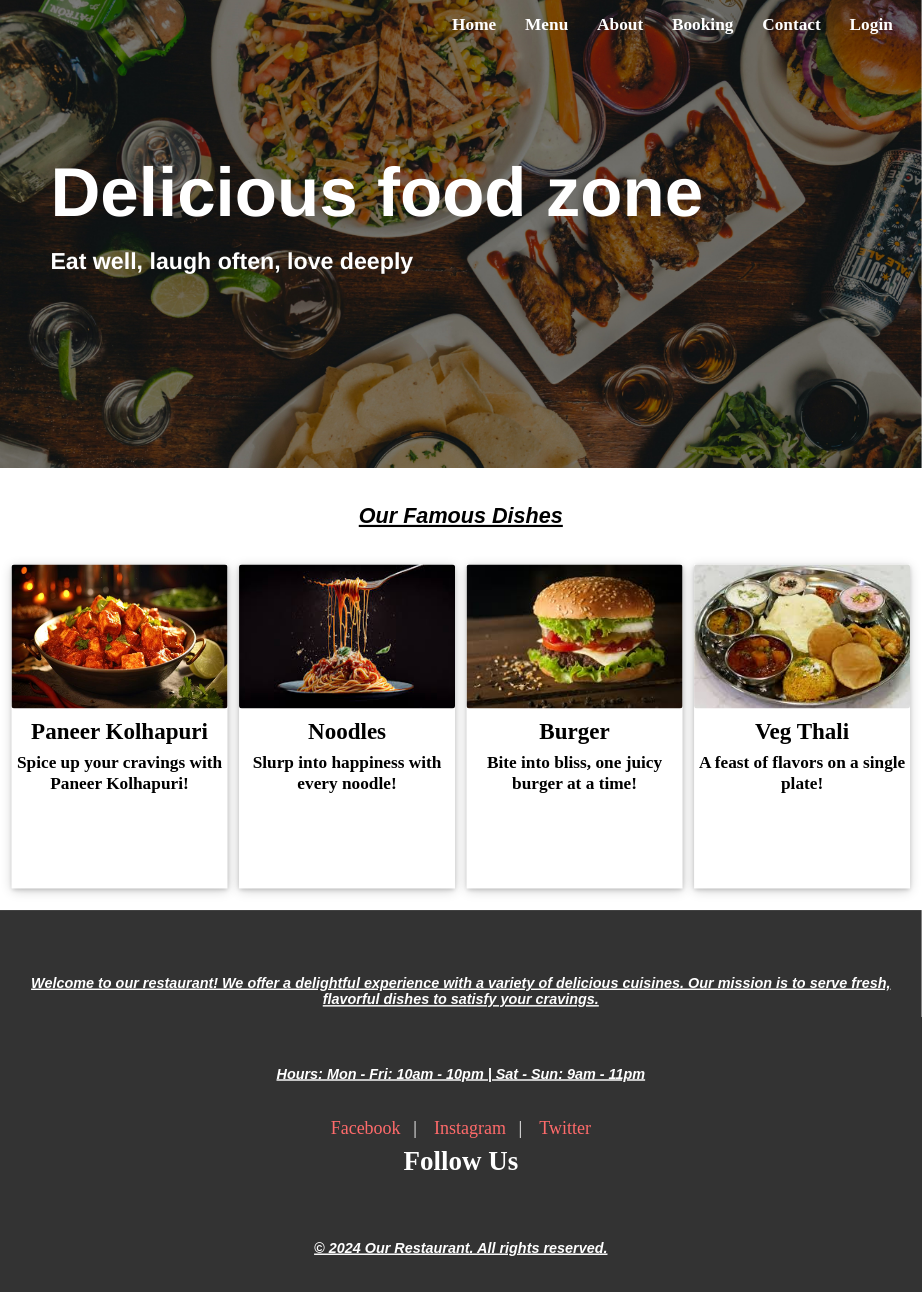
Repository: Shreya-Bonde/Restaurant-management-system
Page: index.html
The author's editor kept a copy of each file at every save. The page is drawn from the files as they stood at one save, then again after a run of saves.
The browser window is 1280 px wide. The pictures show the whole page, at 72% of full size.

Above is the page before, as saved 2024-10-10 14:55:31.

After the next 2 saves:
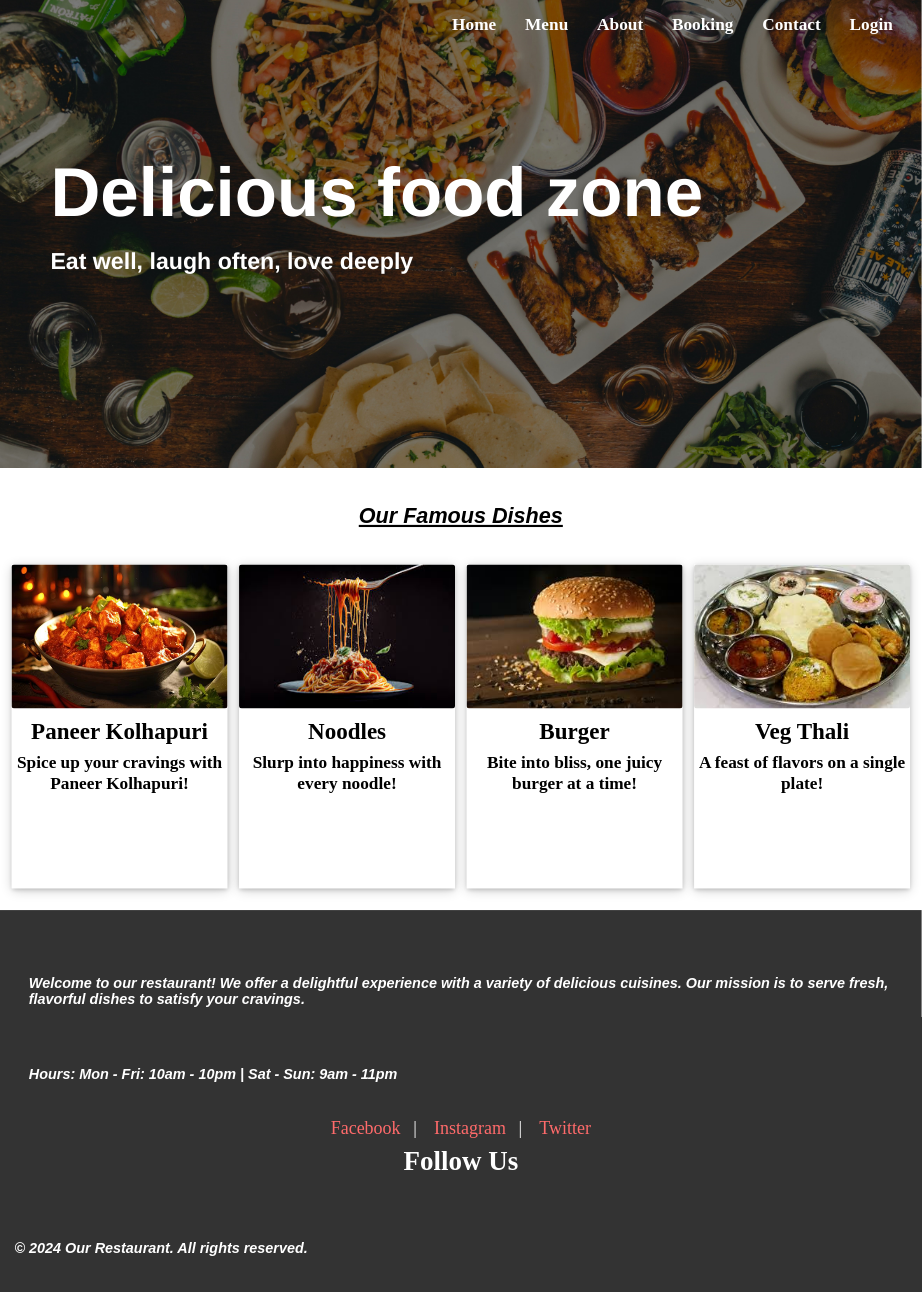
The 2 saves are shown as one change because they came seconds apart.
The last was saved 24 s later.
--- a/style.css
+++ b/style.css
@@ -121,11 +121,12 @@ footer {
     margin: 20px;
 }
 .footer-section h2 {
-    text-decoration: none;
-    text-align: left;
+
     font-size: 18px;
 }
 footer p {
+    text-decoration: none;
+    text-align: left;
     font-size: 20px;
 }
 
